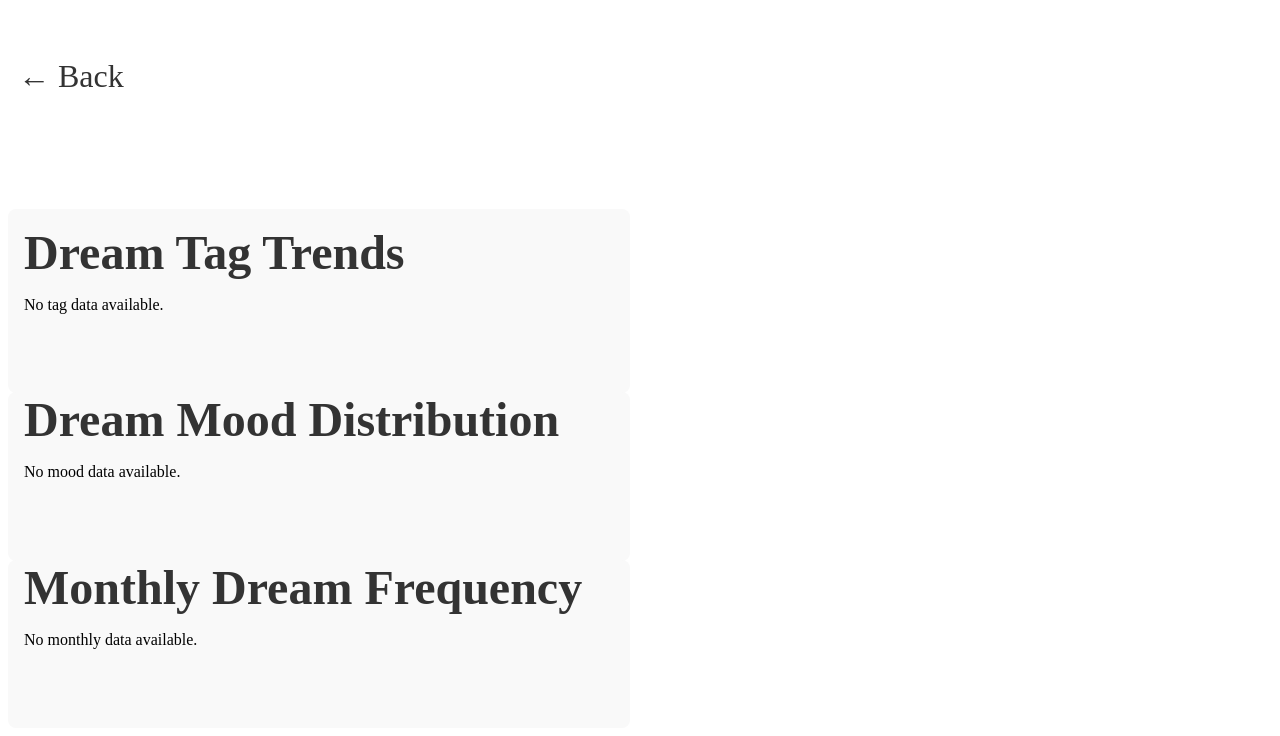
Repository: software-students-spring2025/2-web-app-blabla
Page: templates/analysis.html
These files come from the project's save history. The page is drawn as it stood at one moment and after the next save; the edit follows.
The browser window is 1280 px wide. The pictures show the whole page.
Some web fonts or font styles are not loaded; a fallback is used. The template is drawn by Flask 3. The application's start-up code is not run. The template is opened directly, without the code that normally fills it, so the values that code supplies are empty.

Above is the page before, as saved 2025-03-02 15:48:16.

After the next save:
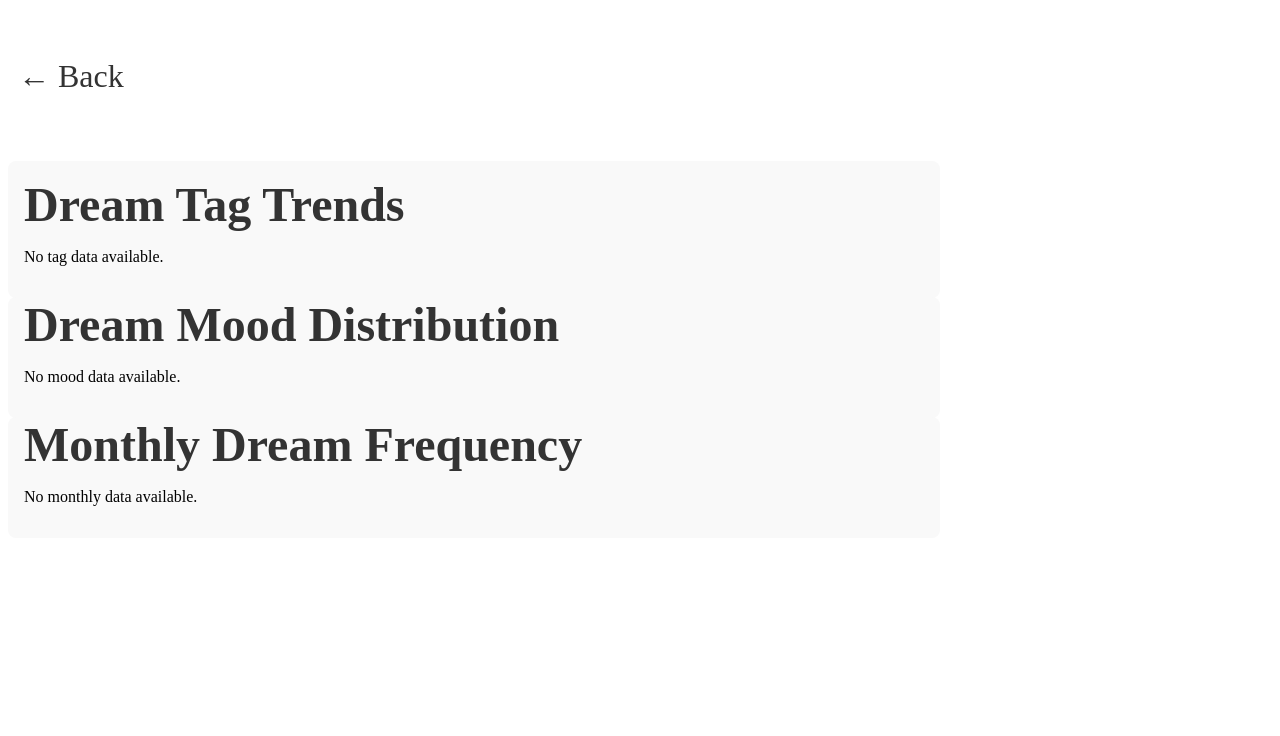
Saved 14 s later.
--- a/templates/analysis.html
+++ b/templates/analysis.html
@@ -10,7 +10,7 @@
     <style>
       /* Center the container and give it a max width */
       .analysis-container {
-        display: grid;
+        display: block;
         max-width: 900px;
         padding: 0;
       }
